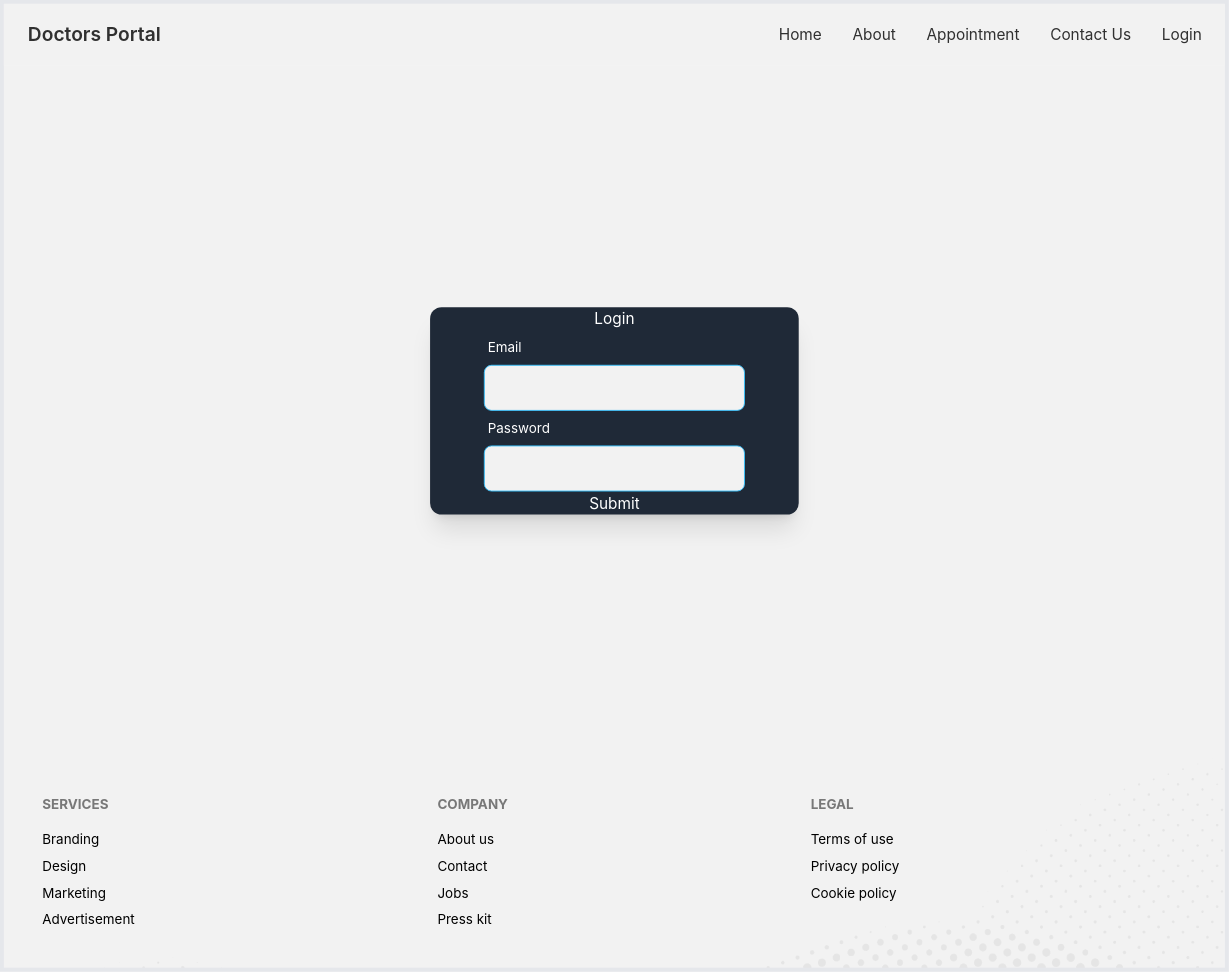
Repository: Samad77/Doctorportal-Client
Page: /login
These files come from the project's save history. The page is drawn as it stood at one moment and after the next save; the edit follows.
The browser window is 1280 px wide. The pictures show the whole page, at 96% of full size.
The project was rebuilt for these pictures with package versions that can differ from the ones it lists, and the page was loaded fresh each time. Also part of the build but not shown: src/Pages/Appointment/BookingModal/BookingModal.js, src/Pages/Appointment/AppoinmentCard/AppoinmentCard.js, src/Pages/Appointment/AppointmentBanner/AppointmentBanner.js, src/Pages/Appointment/AvailavleAppoinment/AvailableAppoinment.js, src/Pages/Appointment/Appoinment/Appoinment.js, src/Components/PrimaryButton/PrimaryButton.js, src/Pages/Home/Banner/Banner.js, src/Pages/Home/Cards/Cards.js and 5 more.

Above is the page before, as saved 2022-11-16 10:15:50.

### src/index.js
import React from 'react';
import ReactDOM from 'react-dom/client';
import './index.css';
import App from './App';
import reportWebVitals from './reportWebVitals';
import 'react-day-picker/dist/style.css';
const root = ReactDOM.createRoot(document.getElementById('root'));
root.render(
  <React.StrictMode>
    <App />
  </React.StrictMode>
);

// If you want to start measuring performance in your app, pass a function
// to log results (for example: reportWebVitals(console.log))
// or send to an analytics endpoint. Learn more: https://bit.ly/CRA-vitals
reportWebVitals();

### src/App.js
import logo from './logo.svg';
import './App.css';
import {RouterProvider} from 'react-router-dom'
import router from './Layout/Routes/Routes';
import Cards from './Pages/Home/Cards/Cards';
function App() {
  return (
    <div className="App max-w-[1440px] mx-auto border-4">
      <RouterProvider router={router}>

      </RouterProvider>
    </div>
  );
}

export default App;

### src/Layout/Routes/Routes.js
import { createBrowserRouter } from "react-router-dom";
import Appoinment from "../../Pages/Appointment/Appoinment/Appoinment";
import Home from "../../Pages/Home/Home";
import Login from "../../Pages/Login/Login";
import Main from "../Main/Main";

const router = createBrowserRouter([
    {path : "/",
    element : <Main></Main>,
    children : [
        {path : '/', element : <Home></Home>,},
        {path: '/home', element : <Home></Home>},
        {path: '/login', element : <Login></Login>},
        {path : '/appointment', element: <Appoinment></Appoinment>}
    ]
    }
])

export default router;

### src/Pages/Login/Login.js
import React, { useState } from 'react';
import { useForm } from 'react-hook-form';

const Login = () => {
    const { register, handleSubmit } = useForm();
    const [data, setData] = useState("");

    return (
        <section className='h-screen flex justify-center items-center  '>

            <form onSubmit={handleSubmit((data) => setData(JSON.stringify(data)))} className=" rounded-xl shadow-xl bg-gray-800 text-white w-96 px-14">
                <h1 className=''>Login</h1>
                <div className="form-control">
                    <label className="label ">
                        <span className="label-text text-white">Email</span>
                    </label>
                    <input type="text" {...register("Email")} className="input input-bordered- w-full max-w-xs input-info "/>
                </div>

                <div className="form-control">
                    <label className="label">
                        <span className="label-text text-white">Password</span>
                    </label>
                    <input type="text" {...register("password")} className="input input-bordered- w-full max-w-xs input-info "/>
                </div>


                <p>{data}</p>
                <input type="submit" />
            </form>
        </section>
    );
};

export default Login;

### src/Layout/Main/Main.js
import React from 'react';
import Footer from '../../Pages/Shared/Footer/Footer';
import Navbar from '../../Pages/Shared/Navbar/Navbar';
import {Outlet} from 'react-router-dom'
const Main = () => {
    return (
        <div>
            <Navbar></Navbar>
                <Outlet></Outlet>
            <Footer></Footer>
        </div>
    );
};

export default Main;

### src/Pages/Shared/Footer/Footer.js
import React from 'react';
import footerImg from '../../../assets/images/footer.png'
const Footer = () => {
    return (
        <footer className="footer p-10 text-black" style={{background : `url(${footerImg})`, backgroundSize: "cover"}}>
  <div>
    <span className="footer-title">Services</span>
    <a className="link link-hover">Branding</a>
    <a className="link link-hover">Design</a>
    <a className="link link-hover">Marketing</a>
    <a className="link link-hover">Advertisement</a>
  </div>
  <div>
    <span className="footer-title">Company</span>
    <a className="link link-hover">About us</a>
    <a className="link link-hover">Contact</a>
    <a className="link link-hover">Jobs</a>
    <a className="link link-hover">Press kit</a>
  </div>
  <div>
    <span className="footer-title">Legal</span>
    <a className="link link-hover">Terms of use</a>
    <a className="link link-hover">Privacy policy</a>
    <a className="link link-hover">Cookie policy</a>
  </div>
</footer>
    );
};

export default Footer;

### src/Pages/Shared/Navbar/Navbar.js
import React from 'react';
import {Link} from 'react-router-dom'
const Navbar = () => {

    const menuItems =

    <React.Fragment>
        <li><Link to="/home">Home</Link></li>
        <li><Link to="/about">About</Link></li>
        <li><Link to="/appointment">Appointment</Link></li>
        <li><Link to="/contact">Contact Us</Link></li>
        <li><Link to="/login">Login</Link></li>
    </React.Fragment>

    return (
        <div className="navbar bg-base-100 flex justify-between">
  <div className="navbar-start">
    <div className="dropdown">
      <label tabIndex={0} className="btn btn-ghost lg:hidden">
        <svg xmlns="http://www.w3.org/2000/svg" className="h-5 w-5" fill="none" viewBox="0 0 24 24" stroke="currentColor"><path strokeLinecap="round" strokeLinejoin="round" strokeWidth="2" d="M4 6h16M4 12h8m-8 6h16" /></svg>
      </label>
      <ul tabIndex={0} className="menu menu-compact dropdown-content mt-3 p-2 shadow rounded-box w-52">
            {menuItems}
      </ul>
    </div>
    <Link to='/' className="btn btn-ghost normal-case text-xl">Doctors Portal</Link>
  </div>
  <div className="navbar-center hidden lg:flex">
    <ul className="menu menu-horizontal p-0">
        {menuItems}
    </ul>
  </div>

</div>
    );
};

export default Navbar;

### tailwind.config.js
/** @type {import('tailwindcss').Config} */
module.exports = {
  content: ["./src/**/*.{js,jsx,ts,tsx}"],
  theme: {
    extend: {},
  },
  daisyui : {
    themes : [

    {
      doctorThemes: {

primary: "#0FCFEC",

secondary: "#19D3AE",

neutral: "#3A4256",

"base-100": "#F2F2F2",

      },
    },
  ]
  },
  plugins: [require("daisyui")],
}

Loaded but not shown: public/index.html (common file); src/index.css (common file); src/reportWebVitals.js (common file); src/App.css (common file)

After the next save:
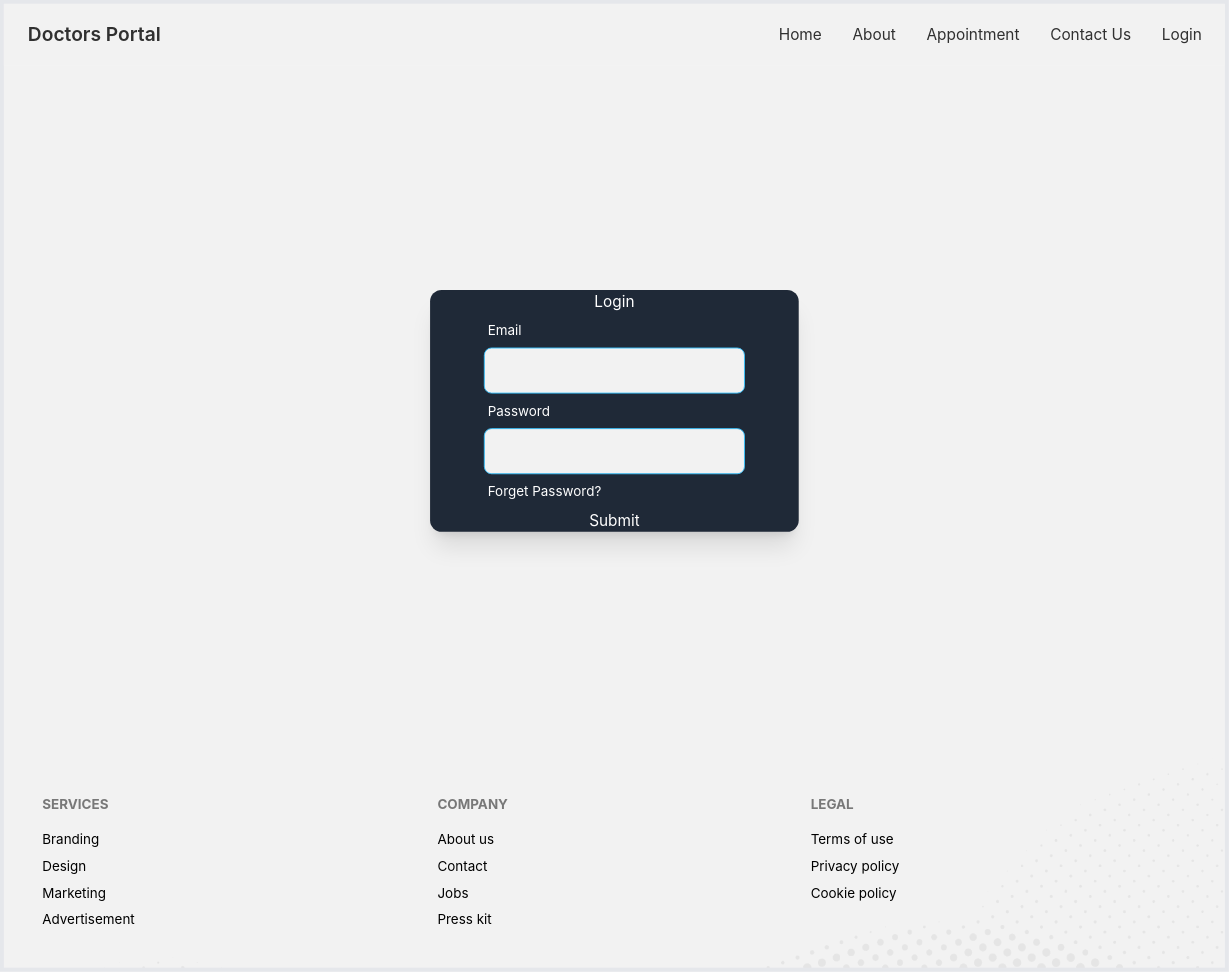
Saved 16 s later.
--- a/src/Pages/Login/Login.js
+++ b/src/Pages/Login/Login.js
@@ -14,15 +14,19 @@ const Login = () => {
                     <label className="label ">
                         <span className="label-text text-white">Email</span>
                     </label>
-                    <input type="text" {...register("Email")} className="input input-bordered- w-full max-w-xs input-info "/>
+                    <input type="text" {...register("Email")} className="input input-bordered- w-full max-w-xs input-info " />
                 </div>
 
                 <div className="form-control">
                     <label className="label">
                         <span className="label-text text-white">Password</span>
                     </label>
-                    <input type="text" {...register("password")} className="input input-bordered- w-full max-w-xs input-info "/>
+                    <input type="text" {...register("password")} className="input input-bordered- w-full max-w-xs input-info " />
                 </div>
+
+                <label className="label">
+                    <span className="label-text text-white">Forget Password?</span>
+                </label>
 
 
                 <p>{data}</p>
